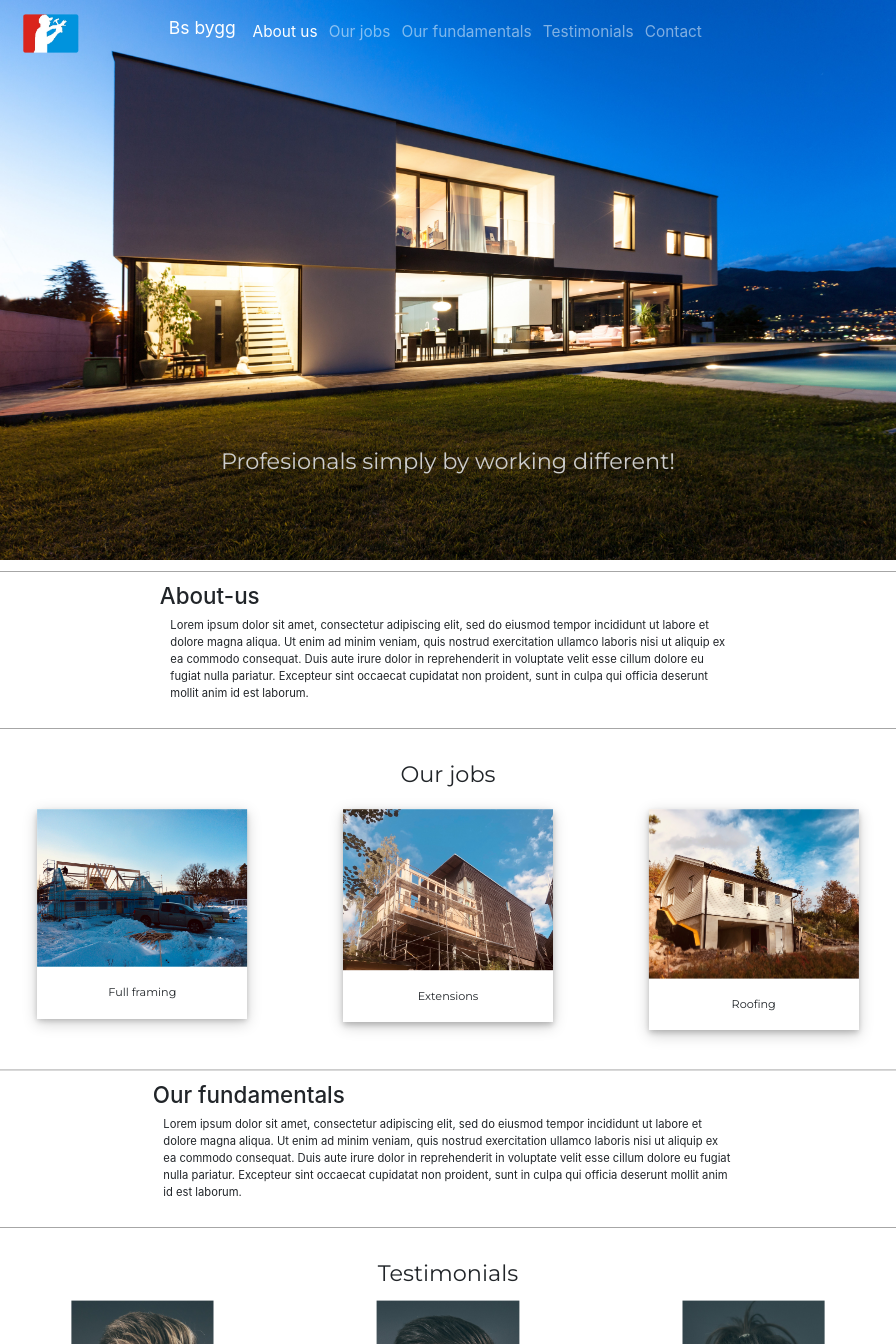
Repository: Bartie1982/milestone-project-1
Page: index.html
The author's editor kept a record of every edit. The page is drawn from the files as they stood at one moment, then again after the next edit.
The browser window is 1280 px wide. The pictures show the part of the page from y = 0 to 1920 px (the page is 2650 px tall), at 70% of full size.

Above is the page before.

After the next edit:
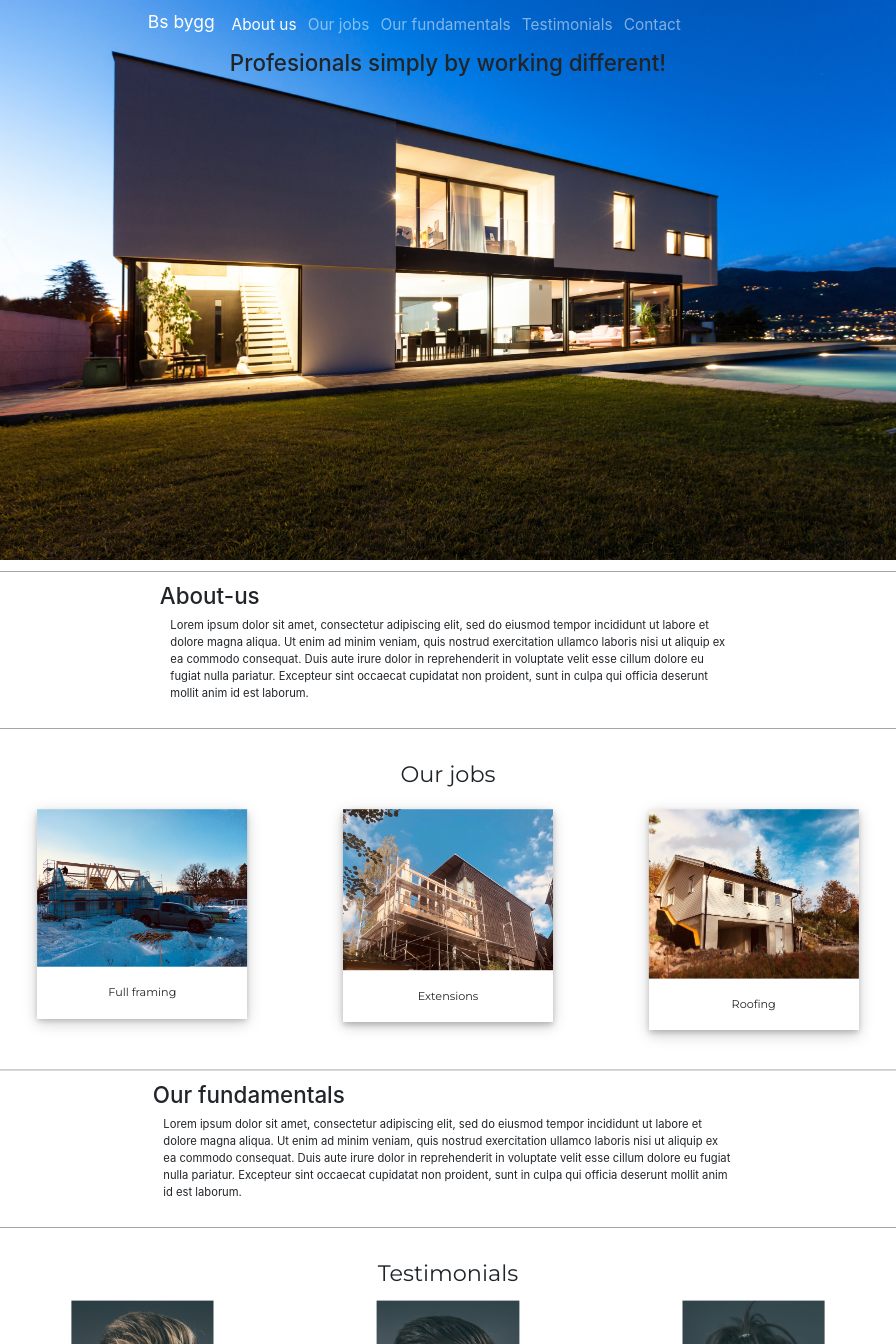
The edit:
--- a/assets/css/style.css
+++ b/assets/css/style.css
@@ -60,38 +60,7 @@
 }
 
 
-.corporate-with {
-    font-family: "Exo", Montserrat;
-    margin-top: 30px;
-    text-align: center;
-    min-height: 300px;
-
-}
-
-
-
-.logo {
-    background: url("../images/logo1.png");
-    background-position: left;
-    background-repeat: no-repeat;
-    background-size: 85px;
-    min-height: 85px;
-    margin-top: 5px;
-    margin-left: 30px;
-
-
-}
-
-.quote {
-    margin-top: 550px;
-    margin-left: auto;
-    margin-right: auto;
-    color: #cdcdcd;
-    font-family: "Exo", Montserrat;
-    font-weight: 100;
-    font-size: 30px;
-
-}
+
 
 /*----------------------------------------------Our jobs*/
 

After the edit that followed:
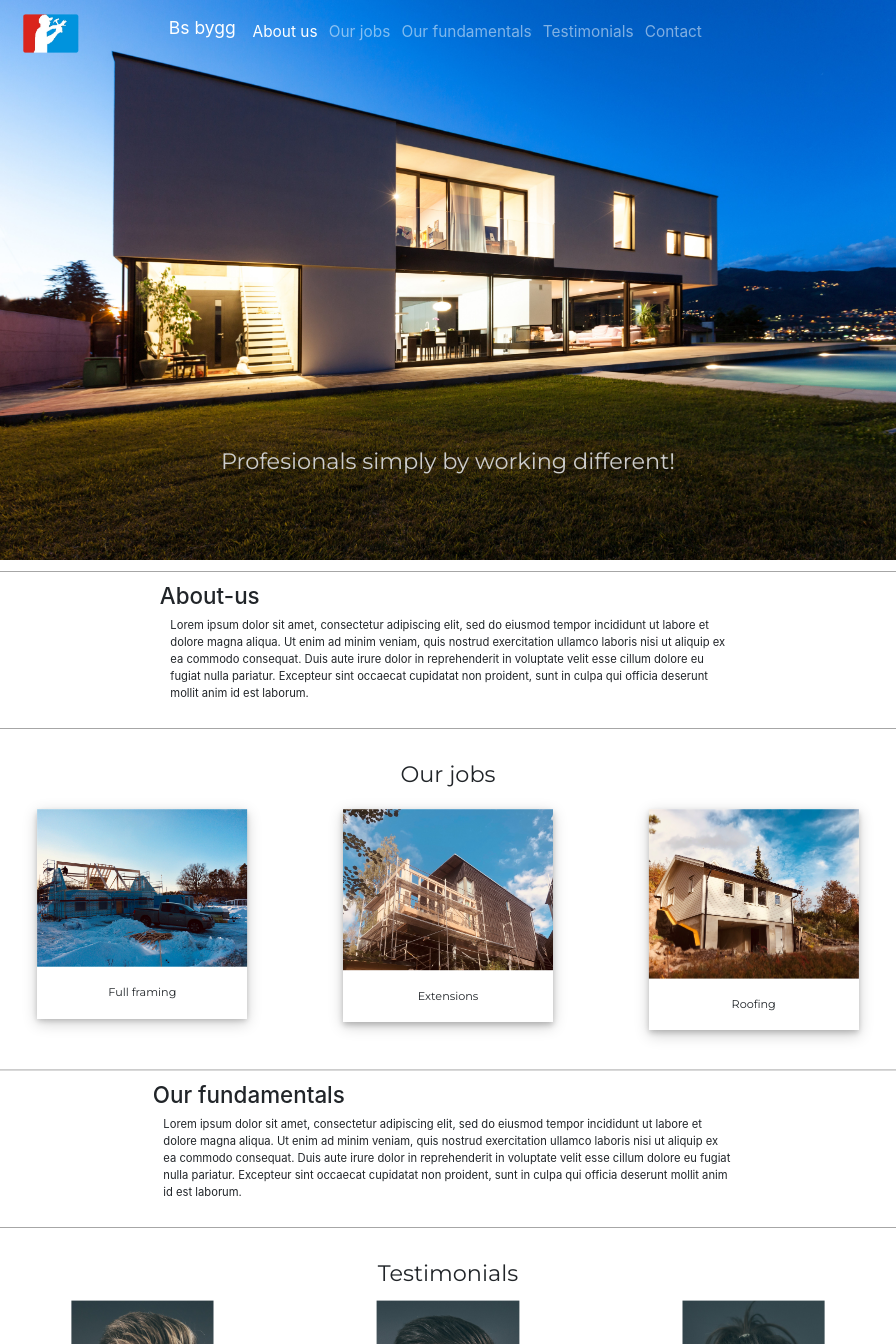
The edit:
--- a/assets/css/style.css
+++ b/assets/css/style.css
@@ -34,6 +34,29 @@
 .navbar-brand {
     margin-bottom: 8px;
     font-size: 25px;
+
+}
+
+.logo {
+    background: url("../images/logo1.png");
+    background-position: left;
+    background-repeat: no-repeat;
+    background-size: 85px;
+    min-height: 85px;
+    margin-top: 5px;
+    margin-left: 30px;
+
+
+}
+
+.quote {
+    margin-top: 550px;
+    margin-left: auto;
+    margin-right: auto;
+    color: #cdcdcd;
+    font-family: "Exo", Montserrat;
+    font-weight: 100;
+    font-size: 30px;
 
 }
 
